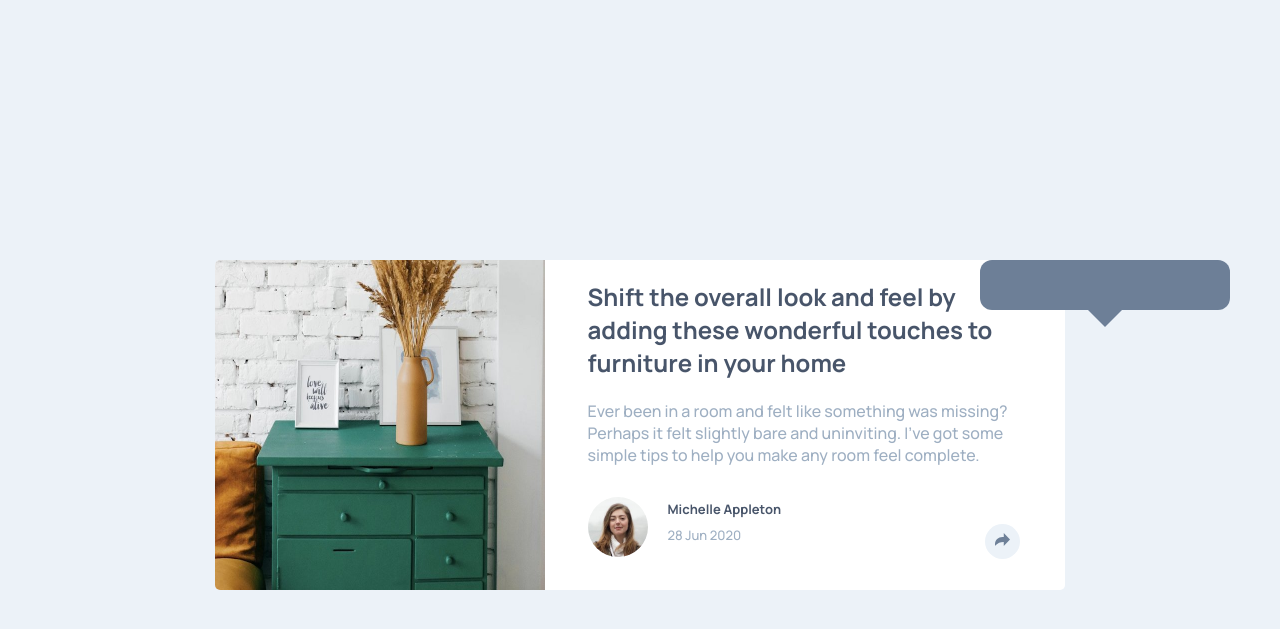
Repository: ricky603/training-css
Page: article-preview-component-master/index.html
An editor plug-in stored every save of this project. The page is shown before and after the next save, followed by the edit.
The browser window is 1280 px wide. The pictures show the whole page.

Above is the page before, as saved 2020-09-09 10:05:16.

After the next save:
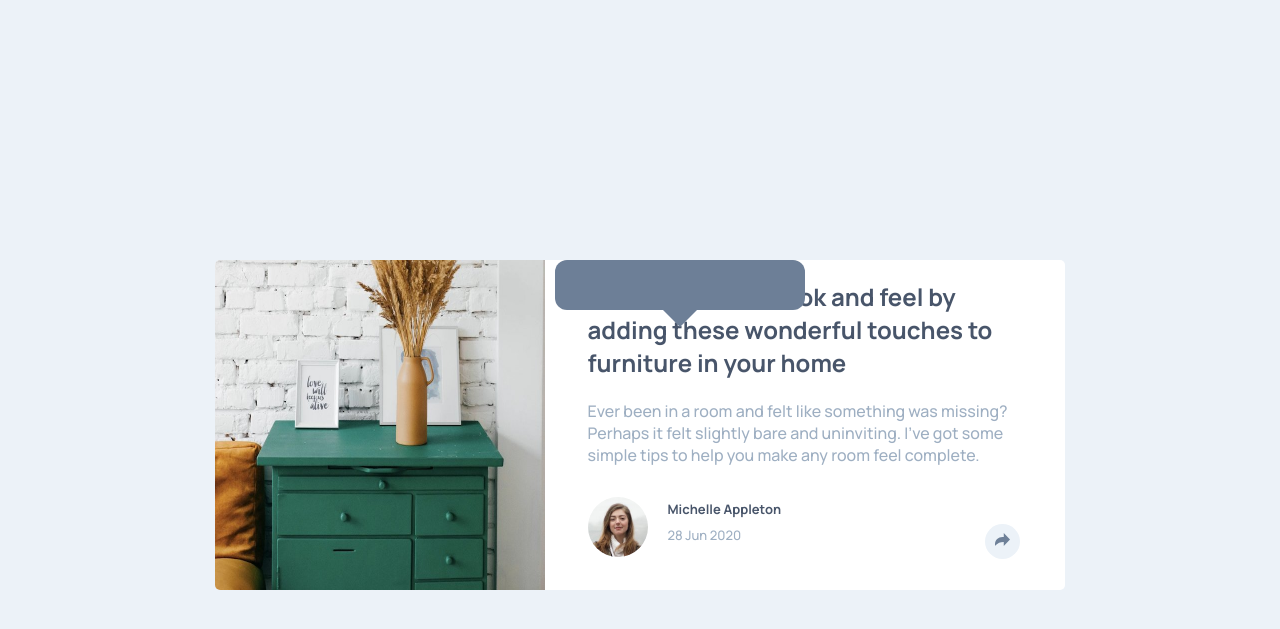
Saved 22 s later.
--- a/article-preview-component-master/styles.css
+++ b/article-preview-component-master/styles.css
@@ -116,7 +116,7 @@ h2 {
     width: 250px;
     height: 50px;
     border-radius: 12px;
-    left: 90%;
+    left: 40%;
 }
 
 .speech-bubble:after {
